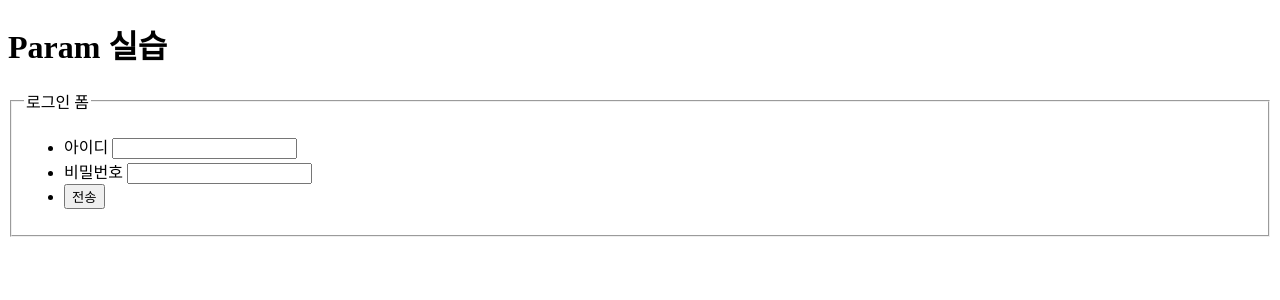
Repository: jb7959/struts_jsp_study
Page: 08Chapter_useBean/WebContent/loginForm.html
These files come from the project's save history. The page is drawn as it stood at one moment and after the next save; the edit follows.
The browser window is 1280 px wide. The pictures show the whole page.

Above is the page before, as saved 2015-10-01 08:11:26.

After the next save:
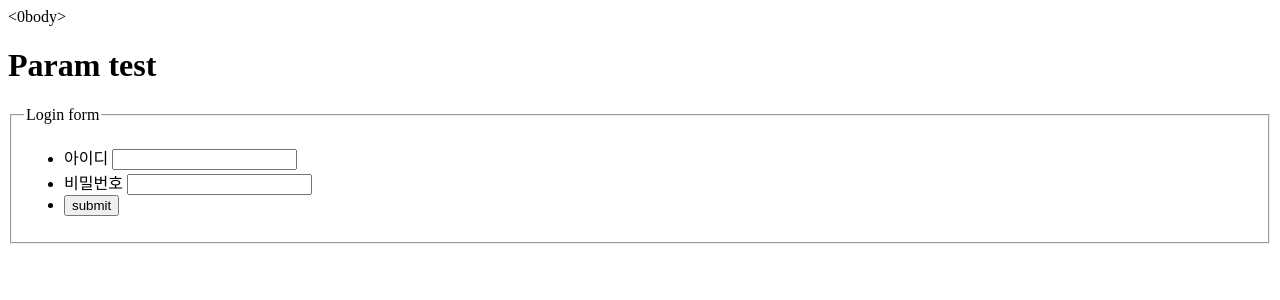
Saved 7 min 49 s later.
--- a/08Chapter_useBean/WebContent/loginForm.html
+++ b/08Chapter_useBean/WebContent/loginForm.html
@@ -2,13 +2,13 @@
 <html>
 <head>
 <meta charset="EUC-KR">
-<title>param 실습</title>
+<title>param test</title>
 </head>
-<body>
-	<h1>Param 실습</h1>
+<0body>
+	<h1>Param test</h1>
 	<form action="useBeanParam.jsp">
 		<fieldset>
-			<legend>로그인 폼</legend>
+			<legend>Login form</legend>
 			<ul>
 				<li>
 					<label for="userid">아이디</label>
@@ -18,7 +18,7 @@
 					<label for="passwd">비밀번호</label>
 					<input type="password" name="passwd">
 				</li>
-				<li><input type="submit" value="전송"></li>
+				<li><input type="submit" value="submit"></li>
 			</ul>
 		</fieldset>
 	</form>
